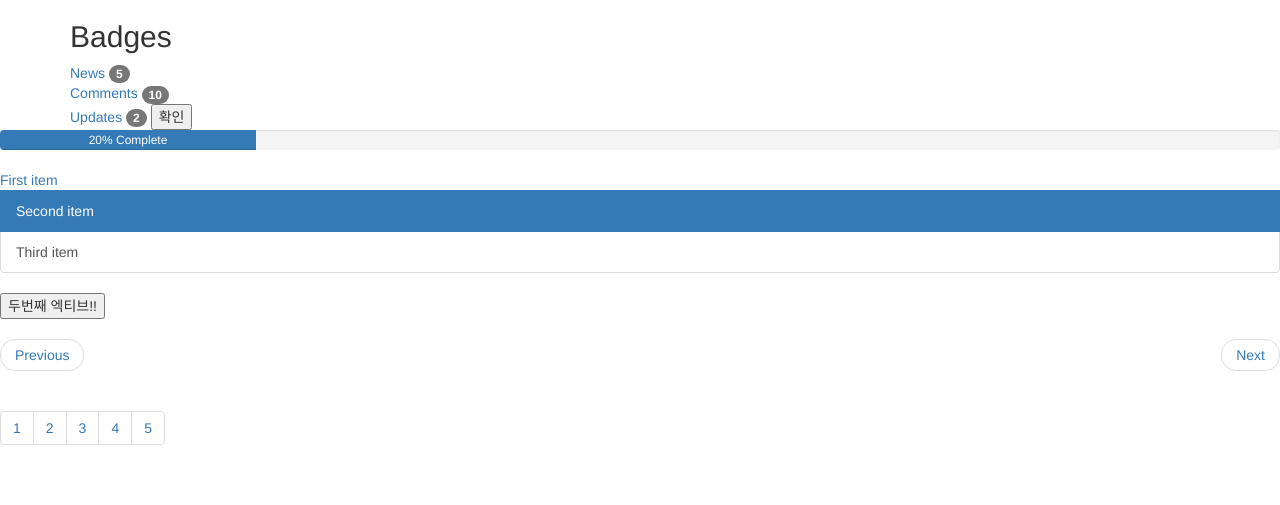
Repository: IreneCho/sk
Page: jqmTest/WebContent/day16/j.html
These files come from the project's save history. The page is drawn as it stood at one moment and after the next save; the edit follows.
The browser window is 1280 px wide. The pictures show the whole page.
After loading, the first visible `button[onclick="fn1()"]` was clicked once.

Above is the page before, as saved 2016-08-19 01:31:58.

### jqmTest/WebContent/day16/j.html
<!DOCTYPE html>
<html lang="en">
<head>
  <title>Bootstrap Example</title>
  <meta charset="utf-8">
  <meta name="viewport" content="width=device-width, initial-scale=1">
  <link rel="stylesheet" href="http://maxcdn.bootstrapcdn.com/bootstrap/3.3.7/css/bootstrap.min.css">
  <script src="https://ajax.googleapis.com/ajax/libs/jquery/1.12.4/jquery.min.js"></script>
  <script src="http://maxcdn.bootstrapcdn.com/bootstrap/3.3.7/js/bootstrap.min.js"></script>
</head>
<body>

<div class="container">
  <h2>Badges</h2>
  <a href="#">News <span class="badge" id="my">5</span></a><br>
  <a href="#">Comments <span class="badge">10</span></a><br>
  <a href="#">Updates <span class="badge">2</span></a>
  <button onclick="fn()">확인</button>
</div>

<div class="progress">
  <div class="progress-bar" role="progressbar" aria-valuenow="70"
  aria-valuemin="0" aria-valuemax="100" style="width:20%">
    <span>20% Complete</span>
  </div>
</div>


<ul class="list-group">
  <a href="#" class="list-group-item active">First item</a>
  <a href="#" class="list-group-item">Second item</a>
  <a href="#" class="list-group-item">Third item</a>
</ul>
<button onclick="fn1()">두번째 엑티브!!</button>

<ul class="pager">
  <li class="previous"><a href="#">Previous</a></li>
  <li class="next"><a href="#">Next</a></li>
</ul>


<ul class="pagination">
  <li><a href="#">1</a></li>
  <li><a href="#">2</a></li>
  <li><a href="#">3</a></li>
  <li><a href="#">4</a></li>
  <li><a href="#">5</a></li>
</ul>


<script>
	function fn() {
	//	$('a:first > span').text('6')
		$('#my').text('6')
		$('.progress-bar').css('width','80%').text("80% complete")
	}

	function fn1() {
		$('.list-group > a:nth-of-type(1)').removeClass('list-group-item active')
		$('.list-group > a:nth-of-type(2)').addClass('list-group-item active')
	}
</script>



</body>
</html>

After the next save:
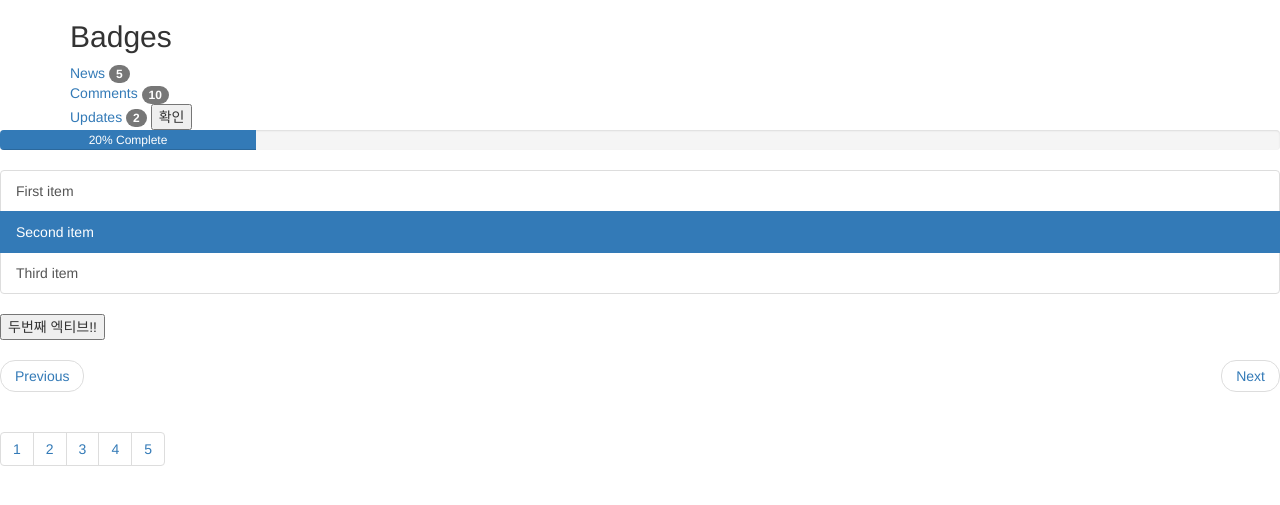
Saved 32 s later.
--- a/jqmTest/WebContent/day16/j.html
+++ b/jqmTest/WebContent/day16/j.html
@@ -57,6 +57,7 @@
 
 	function fn1() {
 		$('.list-group > a:nth-of-type(1)').removeClass('list-group-item active')
+		$('.list-group > a:nth-of-type(1)').addClass('list-group-item')
 		$('.list-group > a:nth-of-type(2)').addClass('list-group-item active')
 	}
 </script>
